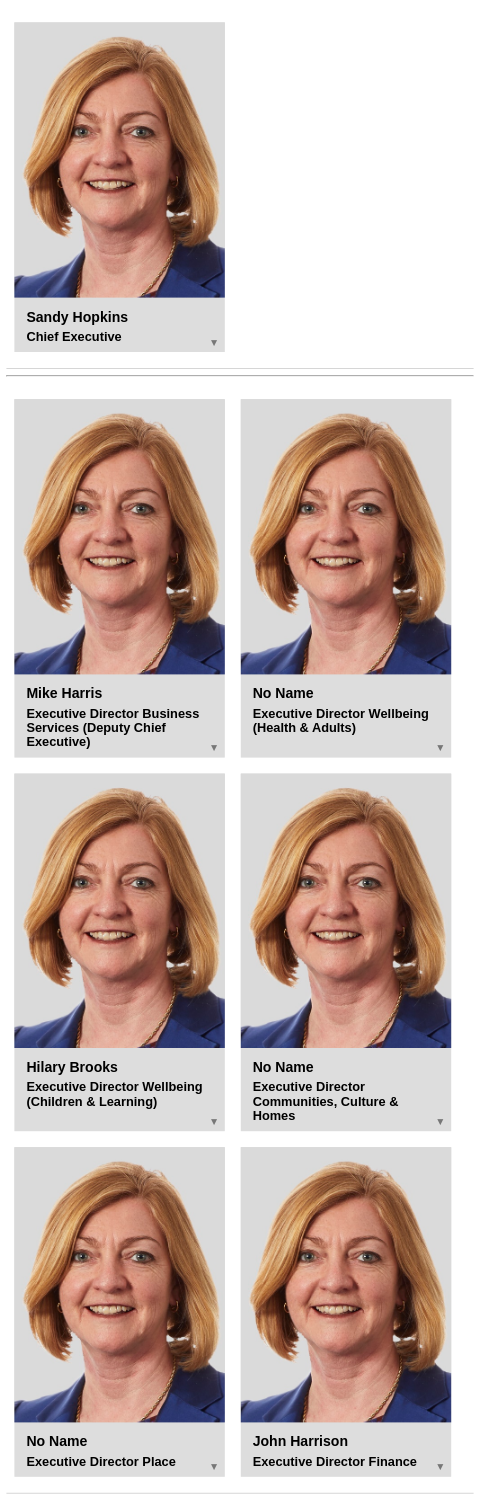
Repository: DigitalExperienceTeam/management
Page: index.html
The author's editor kept a record of every edit. The page is drawn from the files as they stood at one moment, then again after the next edit.
The browser window is 600 px wide. The pictures show the whole page, at 80% of full size.

Above is the page before.

After the next edit:
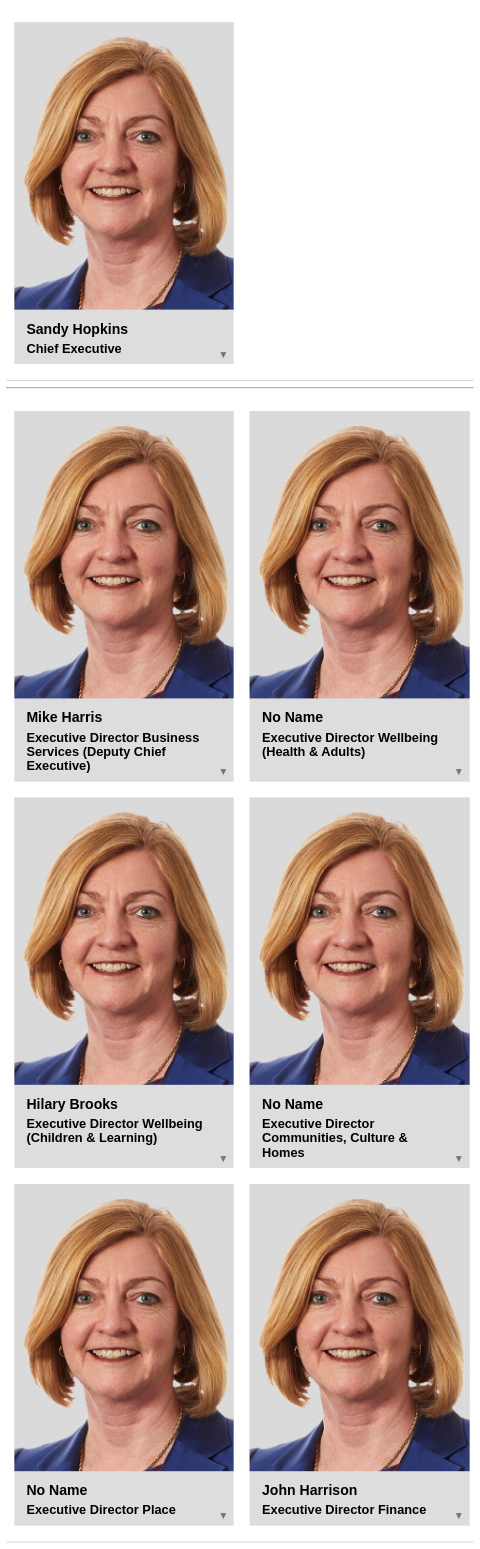
The edit:
--- a/style.css
+++ b/style.css
@@ -94,7 +94,7 @@
 }
 
 .profile {
-    width: 45%;
+    width: 47%;
     margin: 10px;
 }
 
